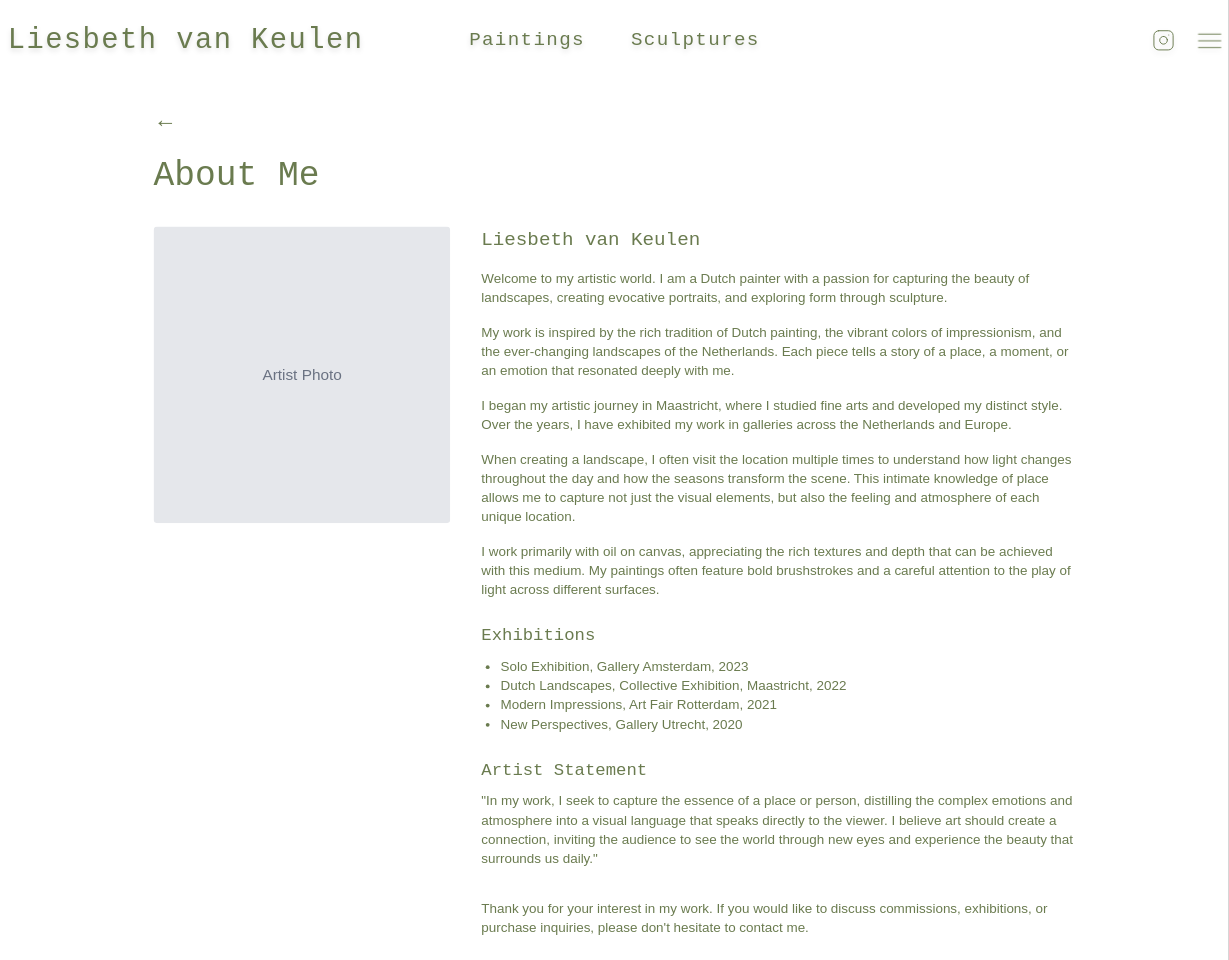
Repository: AafVos/liesbethvankeulen
Page: /about
The author's editor kept a copy of each file at every save. The page is drawn from the files as they stood at one save, then again after the next save.
The browser window is 1280 px wide. The pictures show the whole page, at 96% of full size.
The project was rebuilt for these pictures with package versions that can differ from the ones it lists, and the page was loaded fresh each time. The framework's server and built-in components were replaced by stand-ins that run in the browser. Also part of the build but not shown: next.config.mjs.

Above is the page before, as saved 2025-04-28 16:44:00.

### src/app/about/page.js
import Link from 'next/link';
import Image from 'next/image';
import Header from '../components/Header';
import { getThemeColors } from '../styles/theme';

// Choose a light theme for the about page
const themeName = 'light';
const theme = getThemeColors(themeName);

export default function AboutPage() {
  return (
    <div className="min-h-screen flex flex-col" style={{ backgroundColor: theme.background }}>
      <Header
        title="Liesbeth van Keulen"
        themeName={themeName}
        showNavigation={true}
      />

      <main className="flex-1 px-4 md:px-8 py-6 max-w-5xl mx-auto">
        <div className="mb-6">
          <Link href="/" className="text-2xl hover:opacity-80 transition-opacity" style={{ color: theme.link }}>
            ←
          </Link>
        </div>

        <h1 className="text-3xl md:text-4xl mb-8" style={{
          fontFamily: "'Courier New', Courier, monospace",
          color: theme.heading,
          fontWeight: 400
        }}>
          About Me
        </h1>

        <div className="flex flex-col md:flex-row gap-8 items-start">
          {/* Artist photo */}
          <div className="md:w-1/3 relative">
            <div className="aspect-square relative rounded overflow-hidden">
              {/* Replace this with your actual image */}
              <div className="w-full h-full bg-gray-200 flex items-center justify-center">
                <p className="text-gray-500">Artist Photo</p>
              </div>
            </div>
          </div>

          {/* Artist bio */}
          <div className="md:w-2/3" style={{ color: theme.text }}>
            <h2 className="text-xl mb-4" style={{
              fontFamily: "'Courier New', Courier, monospace",
              color: theme.heading,
              fontWeight: 400
            }}>
              Liesbeth van Keulen
            </h2>

            <div className="space-y-4 text-sm">
              <p>
                Welcome to my artistic world. I am a Dutch painter with a passion for capturing the beauty of landscapes,
                creating evocative portraits, and exploring form through sculpture.
              </p>

              <p>
                My work is inspired by the rich tradition of Dutch painting, the vibrant colors of impressionism,
                and the ever-changing landscapes of the Netherlands. Each piece tells a story of a place, a moment,
                or an emotion that resonated deeply with me.
              </p>

              <p>
                I began my artistic journey in Maastricht, where I studied fine arts and developed my distinct style.
                Over the years, I have exhibited my work in galleries across the Netherlands and Europe.
              </p>

              <p>
                When creating a landscape, I often visit the location multiple times to understand how light changes
                throughout the day and how the seasons transform the scene. This intimate knowledge of place allows me
                to capture not just the visual elements, but also the feeling and atmosphere of each unique location.
              </p>

              <p>
                I work primarily with oil on canvas, appreciating the rich textures and depth that can be achieved
                with this medium. My paintings often feature bold brushstrokes and a careful attention to the play
                of light across different surfaces.
              </p>

              <h3 className="text-lg mt-6 mb-2" style={{
                fontFamily: "'Courier New', Courier, monospace",
                color: theme.heading,
                fontWeight: 400
              }}>
                Exhibitions
              </h3>

              <ul className="list-disc pl-5">
                <li>Solo Exhibition, Gallery Amsterdam, 2023</li>
                <li>Dutch Landscapes, Collective Exhibition, Maastricht, 2022</li>
                <li>Modern Impressions, Art Fair Rotterdam, 2021</li>
                <li>New Perspectives, Gallery Utrecht, 2020</li>
              </ul>

              <h3 className="text-lg mt-6 mb-2" style={{
                fontFamily: "'Courier New', Courier, monospace",
                color: theme.heading,
                fontWeight: 400
              }}>
                Artist Statement
              </h3>

              <p>
                "In my work, I seek to capture the essence of a place or person, distilling the complex emotions and
                atmosphere into a visual language that speaks directly to the viewer. I believe art should create a
                connection, inviting the audience to see the world through new eyes and experience the beauty that
                surrounds us daily."
              </p>

              <p className="mt-8">
                Thank you for your interest in my work. If you would like to discuss commissions, exhibitions, or
                purchase inquiries, please don't hesitate to contact me.
              </p>
            </div>
          </div>
        </div>
      </main>
    </div>
  );
}

### src/app/globals.css
@import "tailwindcss";

:root {
  --background: #ffffff;
  --foreground: #171717;
}

@theme inline {
  --color-background: var(--background);
  --color-foreground: var(--foreground);
  --font-sans: var(--font-geist-sans);
  --font-mono: var(--font-geist-mono);
}

@media (prefers-color-scheme: dark) {
  :root {
    --background: #0a0a0a;
    --foreground: #ededed;
  }
}

body {
  color: var(--foreground);
  font-family: Arial, Helvetica, sans-serif;
  min-height: 100vh;
  width: 100%;
  background-color: #000; /* Fallback background color */
}

### src/app/components/Header.js
'use client';

import { useState } from 'react';
import Link from 'next/link';
import { getThemeColors } from '../styles/theme';

// By default, use the dark theme if no theme is specified
const defaultTheme = getThemeColors('dark');

const Header = ({ title, subtitle, themeName, showNavigation = true }) => {
  const [menuOpen, setMenuOpen] = useState(false);

  // Use the provided theme name or default to dark
  const theme = themeName ? getThemeColors(themeName) : defaultTheme;

  const toggleMenu = () => {
    setMenuOpen(!menuOpen);
  };

  // Style for navigation links
  const navLinkStyle = {
    fontFamily: "'Courier New', Courier, monospace",
    fontWeight: 400,
    letterSpacing: '0.07em',
    color: theme.text
  };

  // Style for menu overlay links
  const menuLinkStyle = {
    fontFamily: "'Courier New', Courier, monospace",
    fontWeight: 400,
    letterSpacing: '0.07em',
    color: '#ffffff' // Always white in the menu overlay
  };

  return (
    <header className="relative w-full z-30 py-6 px-2">
      {/* Mobile layout */}
      <div className="md:hidden w-full flex flex-col items-center justify-center gap-1">
        {/* Top row: Hamburger | Title | Instagram */}
        <div className={`w-full flex items-center justify-between mb-0 ${menuOpen ? 'fixed top-4 left-0 right-0 z-50' : ''}`}>
          {/* Hamburger left */}
          <div className="cursor-pointer z-50 ml-0.5" onClick={toggleMenu}>
            <div className="w-6 h-px mb-1.5 drop-shadow-md" style={{ backgroundColor: theme.text }}></div>
            <div className="w-6 h-px mb-1.5 drop-shadow-md" style={{ backgroundColor: theme.text }}></div>
            <div className="w-6 h-px drop-shadow-md" style={{ backgroundColor: theme.text }}></div>
          </div>
          {/* Title center (hide when menu open) */}
          {!menuOpen && (
            <div className="flex-1 flex items-center justify-center">
              <Link href="/home" className="cursor-pointer inline-block">
                <h2
                  className="text-2xl tracking-wide drop-shadow-md text-center"
                  style={{
                    fontFamily: "'Courier New', Courier, monospace",
                    fontWeight: 400,
                    letterSpacing: '0.05em',
                    color: theme.text
                  }}
                >
                  {title}
                </h2>
              </Link>
            </div>
          )}
          {/* Instagram right */}
          <a
            href="https://www.instagram.com/portretliesbeth/"
            target="_blank"
            rel="noopener noreferrer"
            className="flex items-center hover:opacity-80 transition-colors duration-300 z-50 mr-0.5"
          >
            <svg
              xmlns="http://www.w3.org/2000/svg"
              width="24"
              height="24"
              viewBox="0 0 24 24"
              fill="none"
              stroke={theme.text}
              strokeWidth="1"
              strokeLinecap="round"
              strokeLinejoin="round"
              className="drop-shadow-md"
            >
              <rect x="2" y="2" width="20" height="20" rx="5" ry="5"></rect>
              <path d="M16 11.37A4 4 0 1 1 12.63 8 4 4 0 0 1 16 11.37z"></path>
              <line x1="17.5" y1="6.5" x2="17.51" y2="6.5"></line>
            </svg>
          </a>
        </div>
        {/* Subtitle below, centered (hide when menu open) */}
        {!menuOpen && subtitle && (
          <div className="w-full text-center text-base mt-0 tracking-wide" style={{
            fontFamily: "'Courier New', Courier, monospace",
            color: theme.text,
            opacity: 0.8,
            letterSpacing: '0.03em',
            fontWeight: 300
          }}>
            {subtitle}
          </div>
        )}
        {/* Navigation links below (hide when menu open) */}
        {!menuOpen && showNavigation && (
          <nav className="flex flex-row items-center justify-center gap-4 mt-2">
            <Link href="/paintings" className="text-lg font-normal hover:opacity-80 transition-colors duration-300 drop-shadow-md text-center" style={{...navLinkStyle}}>Paintings</Link>
            <Link href="/sculptures" className="text-lg font-normal hover:opacity-80 transition-colors duration-300 drop-shadow-md text-center" style={{...navLinkStyle}}>Sculptures</Link>
          </nav>
        )}
      </div>

      {/* Desktop layout */}
      <div className="hidden md:flex items-center justify-between w-full">
        {/* Title on the left */}
        <div>
          <div className="text-center">
            <Link href="/home" className="cursor-pointer inline-block">
              <h2
                className="text-3xl tracking-wide drop-shadow-md"
                style={{
                  fontFamily: "'Courier New', Courier, monospace",
                  fontWeight: 400,
                  letterSpacing: '0.05em',
                  color: theme.text
                }}
              >
                {title}
              </h2>
              {subtitle && (
                <div className="text-base mt-1 tracking-wide" style={{
                  fontFamily: "'Courier New', Courier, monospace",
                  color: theme.text,
                  opacity: 0.8,
                  letterSpacing: '0.03em',
                  fontWeight: 300
                }}>
                  {subtitle}
                </div>
              )}
            </Link>
          </div>
        </div>

        {/* Navigation links in the center visible on large screens */}
        {showNavigation && (
          <div className="hidden md:block absolute left-1/2 transform -translate-x-1/2">
            <nav>
              <ul className="flex space-x-12">
                <li>
                  <Link
                    href="/paintings"
                    className="text-xl hover:opacity-80 transition-colors duration-300 drop-shadow-md"
                    style={{...navLinkStyle}}
                  >
                    Paintings
                  </Link>
                </li>
                <li>
                  <Link
                    href="/sculptures"
                    className="text-xl hover:opacity-80 transition-colors duration-300 drop-shadow-md"
                    style={{...navLinkStyle}}
                  >
                    Sculptures
                  </Link>
                </li>
              </ul>
            </nav>
          </div>
        )}

        {/* Right side container for Instagram and hamburger menu */}
        <div className="flex items-center gap-6">
          {/* Instagram link */}
          <a
            href="https://www.instagram.com/portretliesbeth/"
            target="_blank"
            rel="noopener noreferrer"
            className="flex items-center hover:opacity-80 transition-colors duration-300"
          >
            <svg
              xmlns="http://www.w3.org/2000/svg"
              width="24"
              height="24"
              viewBox="0 0 24 24"
              fill="none"
              stroke={theme.text}
              strokeWidth="1"
              strokeLinecap="round"
              strokeLinejoin="round"
              className="drop-shadow-md"
            >
              <rect x="2" y="2" width="20" height="20" rx="5" ry="5"></rect>
              <path d="M16 11.37A4 4 0 1 1 12.63 8 4 4 0 0 1 16 11.37z"></path>
              <line x1="17.5" y1="6.5" x2="17.51" y2="6.5"></line>
            </svg>
          </a>

          {/* Hamburger menu icon */}
          <div className="cursor-pointer z-50" onClick={toggleMenu}>
            <div className="w-6 h-px mb-1.5 drop-shadow-md" style={{ backgroundColor: theme.text }}></div>
            <div className="w-6 h-px mb-1.5 drop-shadow-md" style={{ backgroundColor: theme.text }}></div>
            <div className="w-6 h-px drop-shadow-md" style={{ backgroundColor: theme.text }}></div>
          </div>
        </div>
      </div>

      {/* Fullscreen menu overlay - now transparent with backdrop blur */}
      <div className={`fixed inset-0 bg-black/30 backdrop-blur-sm z-40 transition-opacity duration-300 ${menuOpen ? 'opacity-100' : 'opacity-0 pointer-events-none'}`}>
        <div className="flex flex-col items-center justify-center h-full">
          <nav className="text-center">
            <ul className="space-y-8">
              <li>
                <Link
                  href="/paintings"
                  className="text-3xl hover:opacity-80 transition-colors duration-300 drop-shadow-lg"
                  style={menuLinkStyle}
                  onClick={toggleMenu}
                >
                  Paintings
                </Link>
              </li>
              <li>
                <Link
                  href="/sculptures"
                  className="text-3xl hover:opacity-80 transition-colors duration-300 drop-shadow-lg"
                  style={menuLinkStyle}
                  onClick={toggleMenu}
                >
                  Sculptures
                </Link>
              </li>
            </ul>
          </nav>
        </div>
      </div>
    </header>
  );
};

export default Header;

### src/app/styles/theme.js
// Theme options for the website
export const themes = {
  // Option 1: Dark theme
  dark: {
    background: '#1c1c1c',
    text: '#ffffff',
    heading: '#ffffff',
    accent: '#d3d3d3',
    link: '#d3d3d3'
  },

  // Option 2: Light theme with green text
  light: {
    background: '#ffffff',
    text: '#6a7b4f',
    heading: '#6a7b4f',
    accent: '#9cac7f',
    link: '#6a7b4f'
  }
};

// Export a function to easily get all colors for a specific theme
export const getThemeColors = (themeName) => {
  return themes[themeName] || themes.dark; // Default to dark theme if not found
};

### src/app/components/DropdownNav.js
import Link from 'next/link';
import { useState } from 'react';

export default function DropdownNav({ label, items }) {
  const [open, setOpen] = useState(false);

  return (
    <div
      className="relative group"
      onMouseEnter={() => setOpen(true)}
      onMouseLeave={() => setOpen(false)}
    >
      <button
        className="text-xl hover:opacity-80 transition-colors duration-300 drop-shadow-md px-2 py-1"
        style={{ fontFamily: "'Courier New', Courier, monospace", fontWeight: 400, letterSpacing: '0.07em' }}
      >
        {label}
      </button>
      <div
        className={`absolute left-1/2 -translate-x-1/2 mt-2 min-w-[180px] bg-white border border-gray-200 shadow-lg rounded z-50 transition-all duration-200 ${open ? 'opacity-100 pointer-events-auto' : 'opacity-0 pointer-events-none'}`}
      >
        <ul className="flex flex-col">
          {items.map((item) => (
            <li key={item.href}>
              <Link
                href={item.href}
                className="block px-4 py-2 text-gray-800 hover:bg-gray-100 text-base text-center"
                style={{ fontFamily: "'Courier New', Courier, monospace" }}
              >
                {item.label}
              </Link>
            </li>
          ))}
        </ul>
      </div>
    </div>
  );
}

Loaded but not shown: src/app/layout.js (common file)

After the next save:
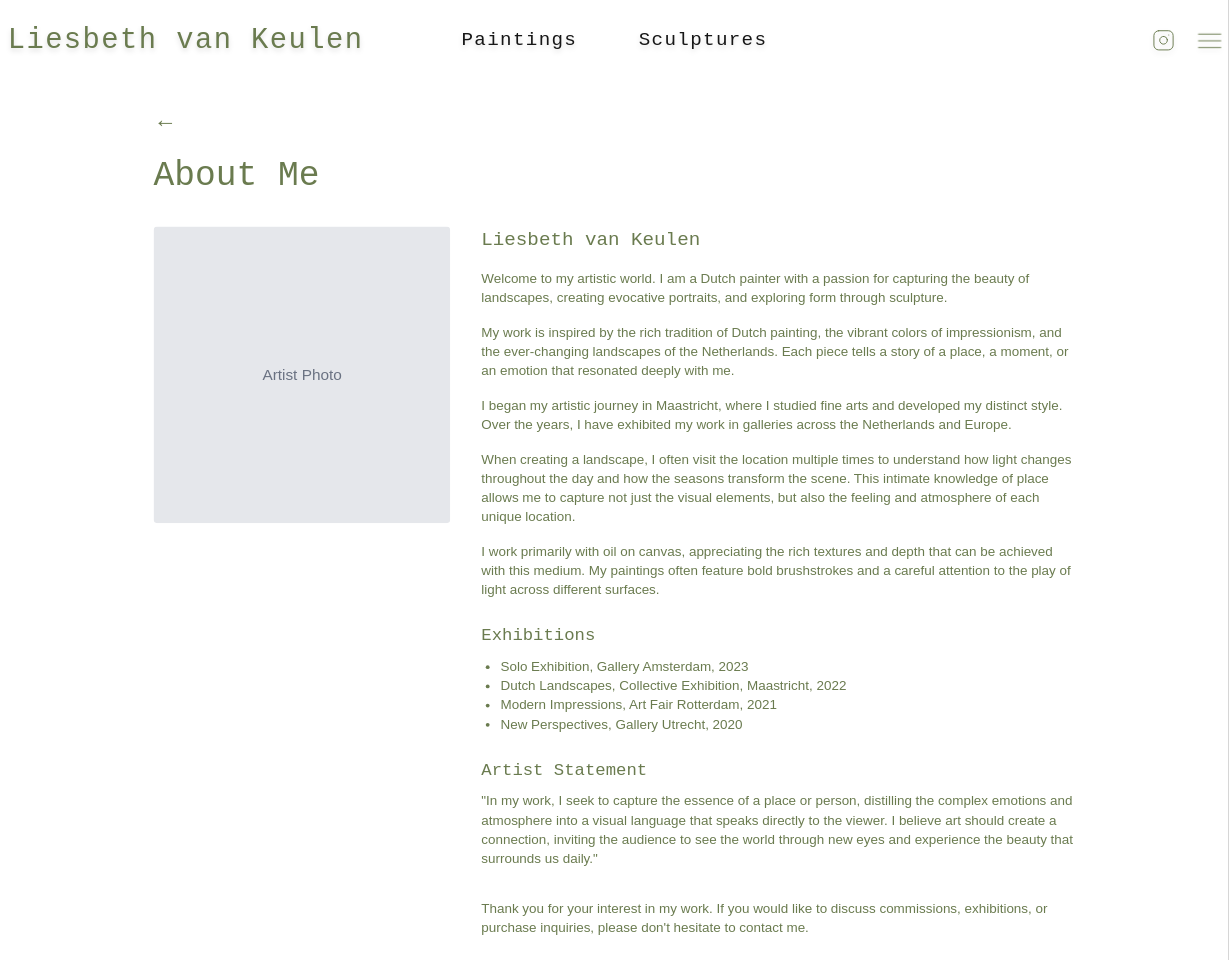
Saved 21 s later.
--- a/src/app/components/Header.js
+++ b/src/app/components/Header.js
@@ -3,6 +3,7 @@
 import { useState } from 'react';
 import Link from 'next/link';
 import { getThemeColors } from '../styles/theme';
+import DropdownNav from './DropdownNav';
 
 // By default, use the dark theme if no theme is specified
 const defaultTheme = getThemeColors('dark');
@@ -147,22 +148,25 @@
             <nav>
               <ul className="flex space-x-12">
                 <li>
-                  <Link
-                    href="/paintings"
-                    className="text-xl hover:opacity-80 transition-colors duration-300 drop-shadow-md"
-                    style={{...navLinkStyle}}
-                  >
-                    Paintings
-                  </Link>
+                  <DropdownNav
+                    label="Paintings"
+                    items={[
+                      { label: 'Landscapes', href: '/paintings/landscapes' },
+                      { label: 'Birds', href: '/paintings/birds' },
+                      { label: 'Portraits', href: '/paintings/portraits' },
+                      { label: 'Abstract works', href: '/paintings/abstract' },
+                    ]}
+                  />
                 </li>
                 <li>
-                  <Link
-                    href="/sculptures"
-                    className="text-xl hover:opacity-80 transition-colors duration-300 drop-shadow-md"
-                    style={{...navLinkStyle}}
-                  >
-                    Sculptures
-                  </Link>
+                  <DropdownNav
+                    label="Sculptures"
+                    items={[
+                      { label: 'Landscapes', href: '/sculptures/landscapes' },
+                      { label: 'Birds', href: '/sculptures/birds' },
+                      { label: 'Motherhood', href: '/sculptures/motherhood' },
+                    ]}
+                  />
                 </li>
               </ul>
             </nav>
